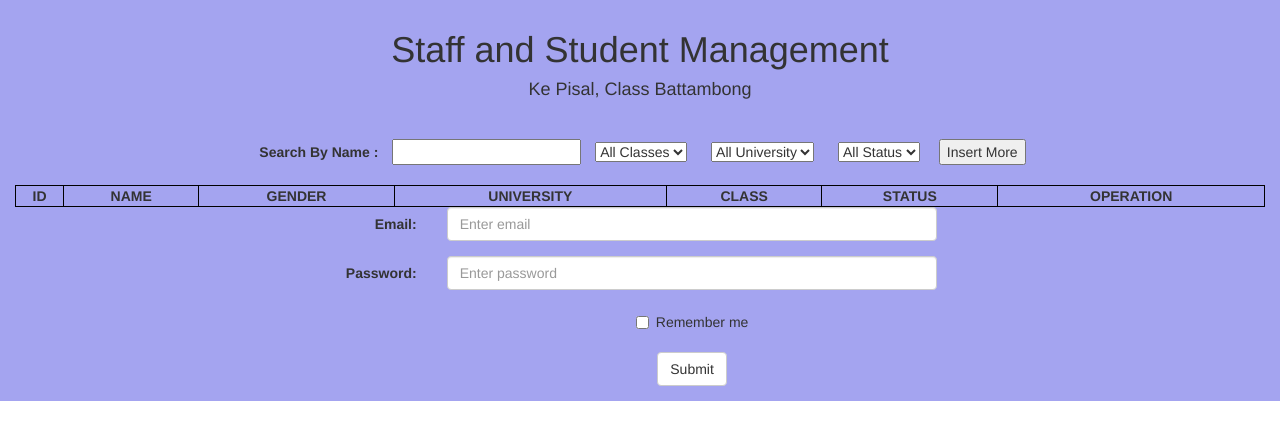
Repository: kepisal/ServletJAVA
Page: http://localhost/AjaxStaffandStudent/
These files come from the project's save history. The page is drawn as it stood at one moment and after the next save; the edit follows.
The browser window is 1280 px wide. The pictures show the whole page.
The page is served by Tomcat 9. Queries for data that is not in the repository find no rows.

Above is the page before, as saved 2015-07-10 13:30:12.

After the next save:
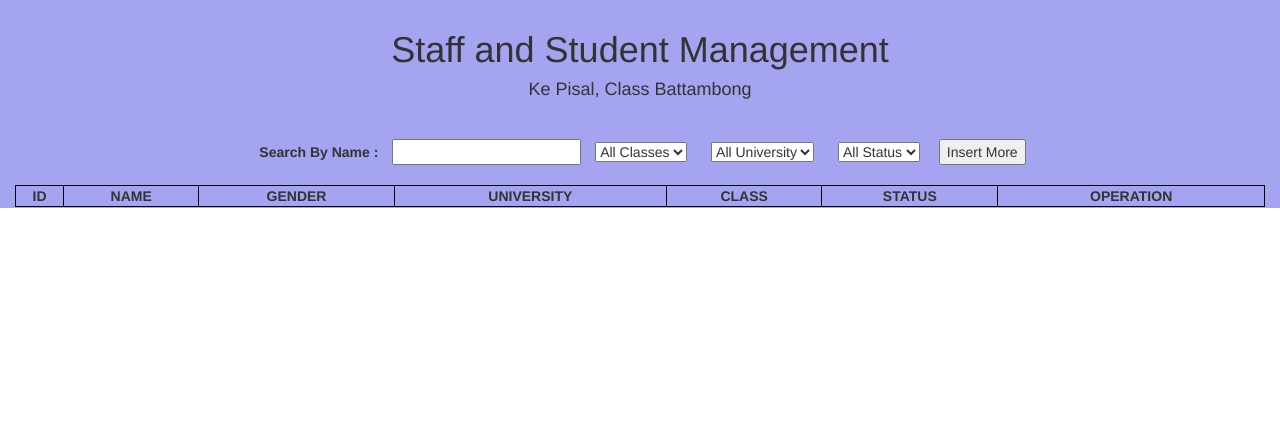
Saved 42 s later.
--- a/AjaxStaffandStudent/WebContent/index.jsp
+++ b/AjaxStaffandStudent/WebContent/index.jsp
@@ -97,37 +97,6 @@ button {
 			</table>
 		</div>
 		<div class="col-sm-3"></div>
-		<div class="col-sm-6" id="viewdetails">
-			<form class="form-horizontal" role="form">
-				<div class="form-group">
-					<label class="control-label col-sm-2" for="email">Email:</label>
-					<div class="col-sm-10">
-						<input type="email" class="form-control" id="email"
-							placeholder="Enter email">
-					</div>
-				</div>
-				<div class="form-group">
-					<label class="control-label col-sm-2" for="pwd">Password:</label>
-					<div class="col-sm-10">
-						<input type="password" class="form-control" id="pwd"
-							placeholder="Enter password">
-					</div>
-				</div>
-				<div class="form-group">
-					<div class="col-sm-offset-2 col-sm-10">
-						<div class="checkbox">
-							<label><input type="checkbox"> Remember me</label>
-						</div>
-					</div>
-				</div>
-				<div class="form-group">
-					<div class="col-sm-offset-2 col-sm-10">
-						<button type="submit" class="btn btn-default">Submit</button>
-					</div>
-				</div>
-			</form>
-		</div>
-		<div class="col-sm-3"></div>
 	</div>
 	<script type="text/javascript" src="js/script.js"></script>
 </body>
